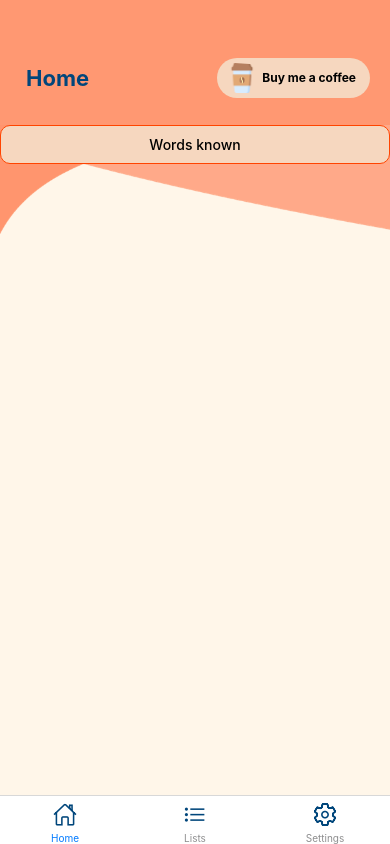
Repository: David-Waite/SpellingApp
Screen: /
These files come from the project's save history. The screen is drawn as it stood at one moment and after the next save; the edit follows.
The app was drawn by React Native's web renderer in a window 390 px wide. The project was rebuilt for these pictures with package versions that can differ from the ones it lists, and the page was loaded fresh each time. Also part of the build but not shown: screens/Settings.js, screens/SpellWord.js, screens/WordsLearnt.js, screens/WordListOverview.js, screens/WordLists.js, screens/Donate.js.

Above is the screen before, as saved 2023-06-22 22:12:18.

After the next save:
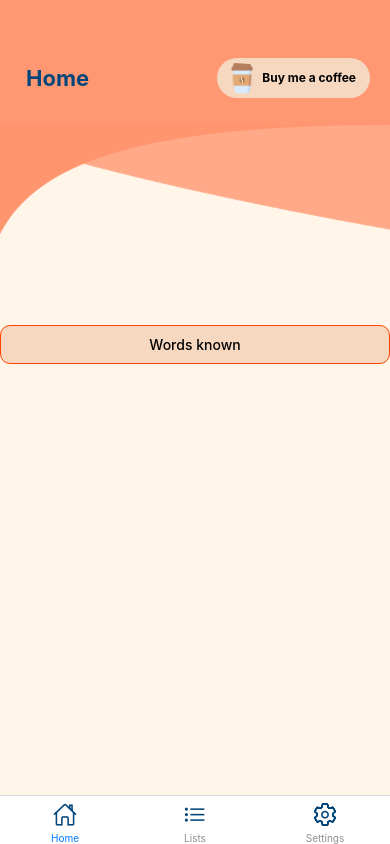
Saved 19 s later.
--- a/components/ui/WordsLearntCard.js
+++ b/components/ui/WordsLearntCard.js
@@ -24,6 +24,8 @@ const styles = StyleSheet.create({
     borderRadius: 10,
     borderColor: GlobalStyles.colors.primary800,
     borderWidth: 1,
+
+    marginTop: 200,
   },
   WordsKnownText: {
     textAlign: "center",
